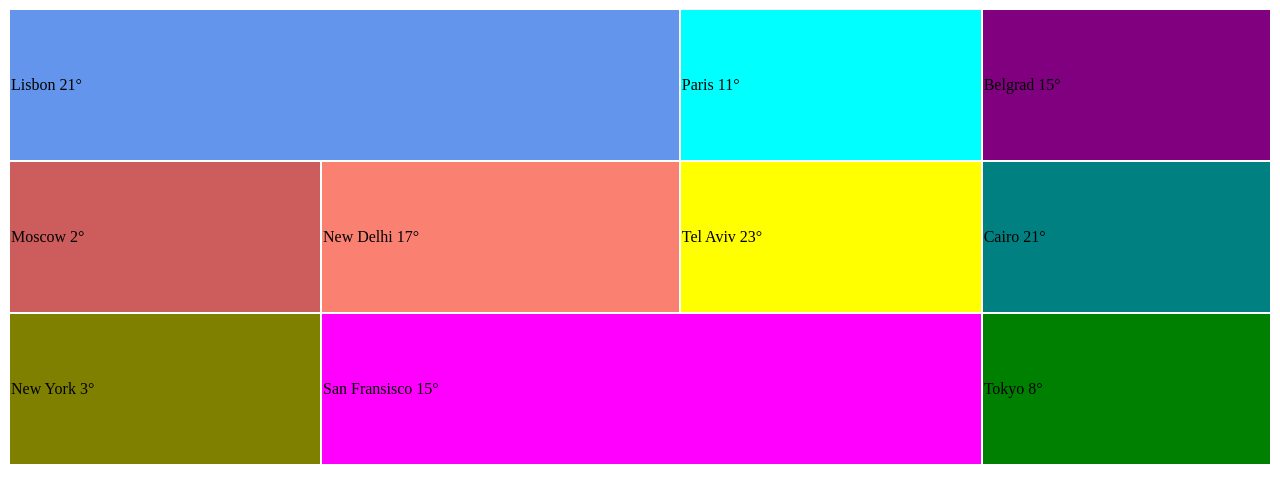
Repository: aysedo/html
Page: Week_2/index.html
These files come from the project's save history. The page is drawn as it stood at one moment and after the next save; the edit follows.
The browser window is 1280 px wide. The pictures show the whole page.

Above is the page before, as saved 2021-08-24 14:44:54.

### Week_2/index.html
<!DOCTYPE html>
<html lang="en">
  <head>
    <meta charset="UTF-8" />
    <meta http-equiv="X-UA-Compatible" content="IE=edge" />
    <meta name="viewport" content="width=device-width, initial-scale=1.0" />
    <title>Document</title>
  </head>
  <body>
    <table width="100%">
      <tr height="150">
        <td colspan="2" bgcolor="cornflowerblue"> Lisbon 21° </td>
        <td bgcolor="Aqua"> Paris 11° </td>
        <td bgcolor="Purple">Belgrad 15°</td>
      </tr>
      <tr height="150">
        <td bgcolor="Indianred"> Moscow 2° </td>
        <td bgcolor="Salmon"> New Delhi 17° </td>
        <td bgcolor="Yellow"> Tel Aviv 23°</td>
        <td bgcolor="Teal"> Cairo 21° </td>
      </tr>
      <tr height="150">
        <td bgcolor="Olive"> New York 3°</td>
        <td colspan="2" bgcolor="Fuchsia"> San Fransisco 15° </td>
        <td bgcolor="Green"> Tokyo 8° </td>
      </tr>
    </table>
  </body>
</html>

After the next save:
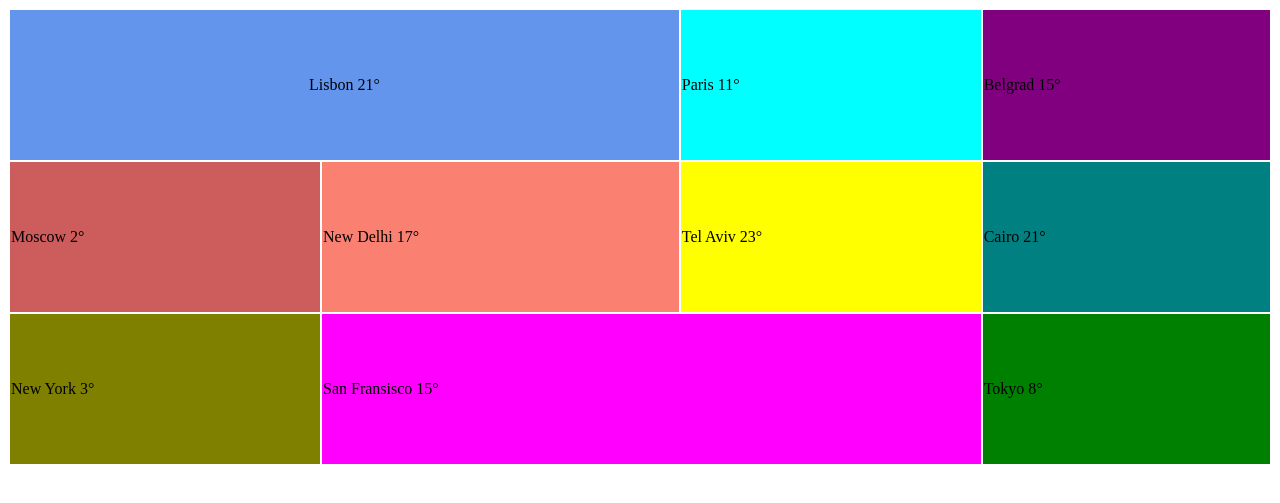
Saved 41 s later.
--- a/Week_2/index.html
+++ b/Week_2/index.html
@@ -9,7 +9,7 @@
   <body>
     <table width="100%">
       <tr height="150">
-        <td colspan="2" bgcolor="cornflowerblue"> Lisbon 21° </td>
+        <td colspan="2" bgcolor="cornflowerblue" align="center"> Lisbon 21° </td>
         <td bgcolor="Aqua"> Paris 11° </td>
         <td bgcolor="Purple">Belgrad 15°</td>
       </tr>
